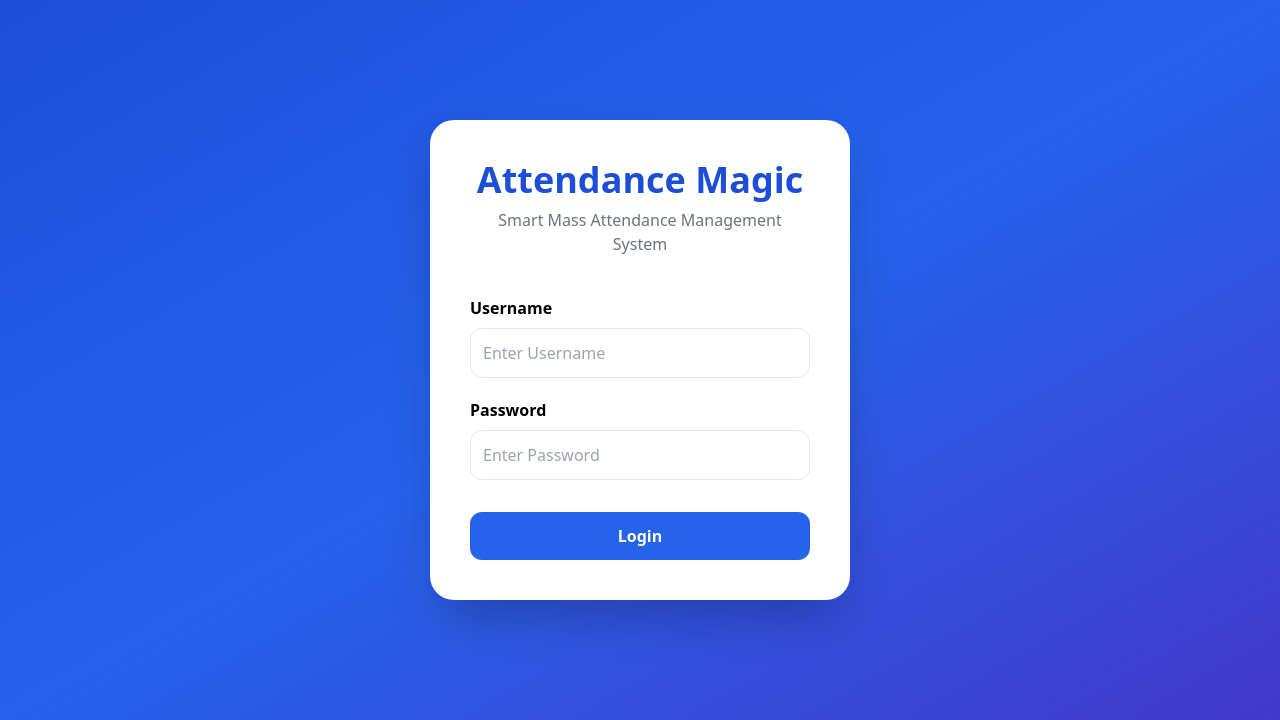
Repository: SparcxSolutions/Attendance_Magic
Page: / (app in frontend/)
The author's editor kept a copy of each file at every save. The page is drawn from the files as they stood at one save, then again after the next save.
The browser window is 1280 px wide. The pictures show the whole page.
The project was rebuilt for these pictures with package versions that can differ from the ones it lists, and the page was loaded fresh each time. Also part of the build but not shown: frontend/vite.config.js, frontend/src/components/Navbar.jsx, frontend/src/components/StatsCard.jsx, frontend/src/pages/FacultyDashboard.jsx.

Above is the page before, as saved 2026-07-14 13:20:02.

### frontend/src/App.jsx
// import { useState } from "react";
// import axios from "axios";
// import FacultyDashboard from "./components/FacultyDashboard";

// function App() {
//   const [verified, setVerified] = useState(false);
//   const [message, setMessage] = useState("");

//   const [department, setDepartment] = useState("");
//   const [section, setSection] = useState("");
//   const [name, setName] = useState("");
//   const [rollNumber, setRollNumber] = useState("");

//   const [attendanceDone, setAttendanceDone] = useState(false);

//   const verifyLocation = () => {
//     navigator.geolocation.getCurrentPosition(
//       async (position) => {
//         try {
//           const response = await axios.post(
//             "http://127.0.0.1:8000/api/verify-location/",
//             {
//               latitude: position.coords.latitude,
//               longitude: position.coords.longitude,
//             }
//           );

//           if (response.data.verified) {
//             setVerified(true);
//             setMessage("Location Verified ✅");
//           } else {
//             setMessage("Outside Allowed Area ❌");
//           }
//         } catch (error) {
//           if (error.response) {
//             setMessage(error.response.data.message);
//           } else {
//             setMessage("Verification Failed");
//           }
//         }
//       },
//       () => {
//         setMessage("Location Access Denied");
//       }
//     );
//   };

//   const submitAttendance = async () => {
//     try {
//       const response = await axios.post(
//         "http://127.0.0.1:8000/api/mark-attendance/",
//         {
//           department,
//           section,
//           name,
//           roll_number: rollNumber,
//         }
//       );

//       if (response.data.message === "Attendance Marked") {
//         setAttendanceDone(true);
//         setMessage("");
//       }
//     } catch (error) {
//       setMessage(
//         error.response?.data?.message ||
//           "Attendance Failed"
//       );
//     }
//   };

//   return (
//     <div>

//       <h1>Attendance Magic</h1>

//       {!verified && (
//         <button onClick={verifyLocation}>
//           Verify Location
//         </button>
//       )}

//       <h3>{message}</h3>

//       {verified && !attendanceDone && (
//         <div>

//           <h2>Attendance Form</h2>

//           <br />

//           <select
//             value={department}
//             onChange={(e) =>
//               setDepartment(e.target.value)
//             }
//           >
//             <option value="">
//               Select Department
//             </option>

//             <option value="CSE">
//               CSE
//             </option>

//             <option value="CSD">
//               CSD
//             </option>

//             <option value="ECE">
//               ECE
//             </option>
//           </select>

//           <br /><br />

//           <select
//             value={section}
//             onChange={(e) =>
//               setSection(e.target.value)
//             }
//           >
//             <option value="">
//               Select Section
//             </option>

//             <option value="A">
//               A
//             </option>

//             <option value="B">
//               B
//             </option>

//             <option value="C">
//               C
//             </option>

//             <option value="D">
//               D
//             </option>
//           </select>

//           <br /><br />

//           <input
//             type="text"
//             placeholder="Enter Name"
//             value={name}
//             onChange={(e) =>
//               setName(e.target.value)
//             }
//           />

//           <br /><br />

//           <input
//             type="text"
//             placeholder="Enter Roll Number"
//             value={rollNumber}
//             onChange={(e) =>
//               setRollNumber(e.target.value)
//             }
//           />

//           <br /><br />

//           <button onClick={submitAttendance}>
//             Submit Attendance
//           </button>

//         </div>
//       )}

//       {attendanceDone && (

//         <div>

//           <h2>
//             ✅ Attendance Marked Successfully
//           </h2>

//           <p>
//             <strong>Name:</strong> {name}
//           </p>

//           <p>
//             <strong>Roll Number:</strong> {rollNumber}
//           </p>

//           <p>
//             <strong>Department:</strong> {department}
//           </p>

//           <p>
//             <strong>Section:</strong> {section}
//           </p>

//           <h3>
//             Thank You 🎉
//           </h3>

//         </div>

//       )}

//       <hr />

//       <FacultyDashboard />

//     </div>
//   );
// }

// export default App;


import {
    BrowserRouter,
    Routes,
    Route,
} from "react-router-dom";

import Login from "./pages/Login";
import FacultyDashboard from "./pages/FacultyDashboard";

function App() {

    return (

        <BrowserRouter>

            <Routes>

                <Route
                    path="/"
                    element={<Login />}
                />

                <Route
                    path="/faculty"
                    element={<FacultyDashboard />}
                />

            </Routes>

        </BrowserRouter>

    );

}

export default App;

### frontend/src/pages/Login.jsx
import { useState } from "react";
import { useNavigate } from "react-router-dom";
import API from "../services/api";

function Login() {

    const navigate = useNavigate();

    const [username, setUsername] = useState("");
    const [password, setPassword] = useState("");
    const [message, setMessage] = useState("");

    const login = async () => {

        try {

            const response = await API.post(
                "login/",
                {
                    username,
                    password,
                }
            );

            localStorage.setItem(
                "access",
                response.data.access
            );

            localStorage.setItem(
                "refresh",
                response.data.refresh
            );

            navigate("/faculty");

        }

        catch (error) {

            setMessage("Invalid Username or Password");

        }

    };

    return (

        <div className="min-h-screen bg-gradient-to-br from-blue-700 via-blue-600 to-indigo-700 flex items-center justify-center">

            <div className="bg-white shadow-2xl rounded-3xl p-10 w-[420px]">

                <div className="text-center">

                    <h1 className="text-4xl font-extrabold text-blue-700">

                        Attendance Magic

                    </h1>

                    <p className="text-gray-500 mt-2">

                        Smart Mass Attendance Management System

                    </p>

                </div>

                <div className="mt-10">

                    <label className="font-semibold">

                        Username

                    </label>

                    <input

                        type="text"

                        className="w-full mt-2 p-3 border rounded-xl focus:outline-none focus:ring-2 focus:ring-blue-500"

                        placeholder="Enter Username"

                        value={username}

                        onChange={(e) =>
                            setUsername(e.target.value)
                        }

                    />

                </div>

                <div className="mt-5">

                    <label className="font-semibold">

                        Password

                    </label>

                    <input

                        type="password"

                        className="w-full mt-2 p-3 border rounded-xl focus:outline-none focus:ring-2 focus:ring-blue-500"

                        placeholder="Enter Password"

                        value={password}

                        onChange={(e) =>
                            setPassword(e.target.value)
                        }

                    />

                </div>

                {

                    message &&

                    <p className="text-red-600 mt-4 text-center">

                        {message}

                    </p>

                }

                <button

                    onClick={login}

                    className="w-full bg-blue-600 hover:bg-blue-700 text-white font-bold py-3 rounded-xl mt-8 transition"

                >

                    Login

                </button>

            </div>

        </div>

    );

}

export default Login;

### frontend/src/services/api.js
import axios from "axios";

const API = axios.create({
    baseURL: "http://127.0.0.1:8000/api/",
});

API.interceptors.request.use((config) => {

    const token = localStorage.getItem("access");

    if (token) {

        config.headers.Authorization = `Bearer ${token}`;

    }

    return config;

});

export default API;

Loaded but not shown: frontend/src/main.jsx (common file); frontend/src/index.css (common file); frontend/tailwind.config.js (common file)

After the next save:
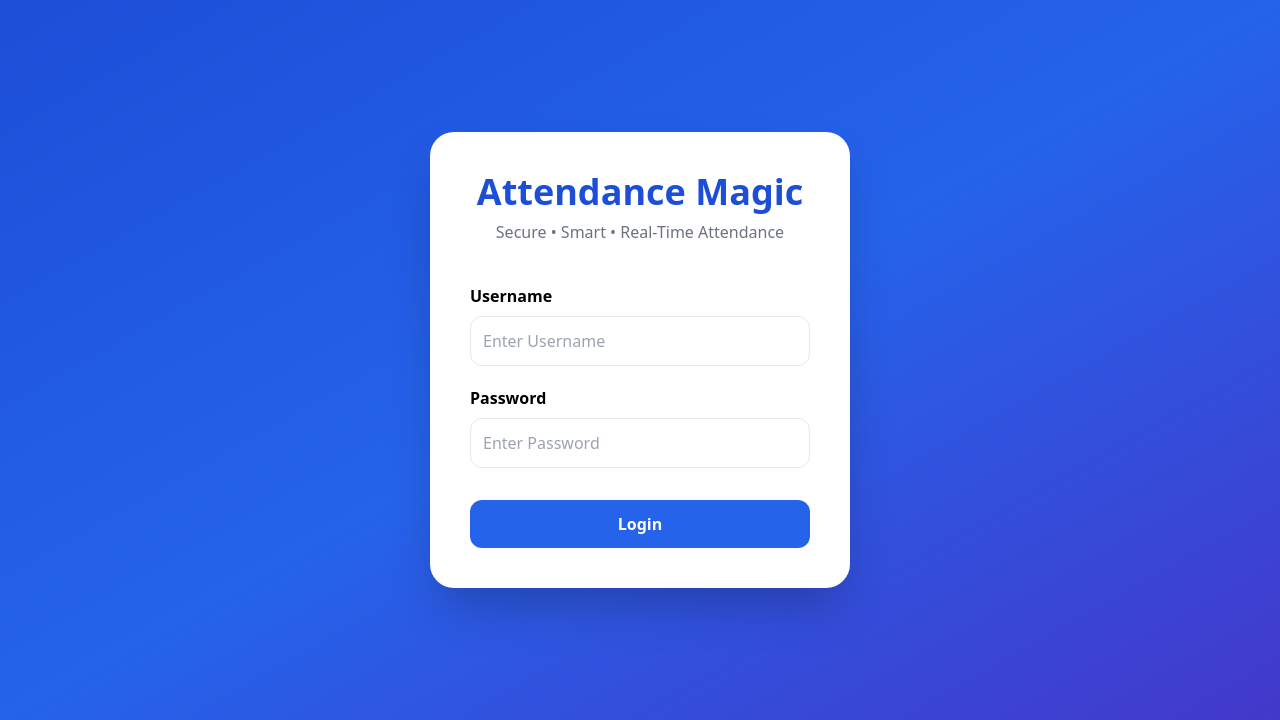
Saved 2 min 51 s later.
--- a/frontend/src/pages/Login.jsx
+++ b/frontend/src/pages/Login.jsx
@@ -60,7 +60,7 @@ function Login() {
 
                     <p className="text-gray-500 mt-2">
 
-                        Smart Mass Attendance Management System
+                        Secure • Smart • Real-Time Attendance
 
                     </p>
 
